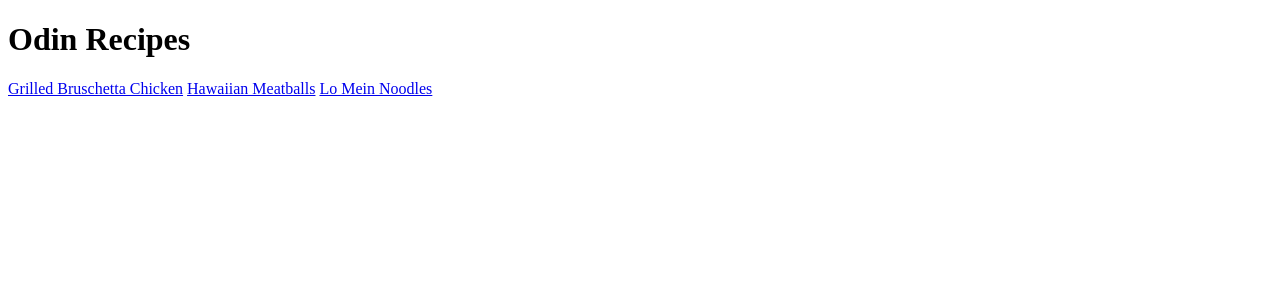
Repository: fnafelipe/odin-recipes
Page: index.html
These files come from the project's save history. The page is drawn as it stood at one moment and after the next save; the edit follows.
The browser window is 1280 px wide. The pictures show the whole page.

Above is the page before, as saved 2026-09-03 22:16:06.

### index.html
<!DOCTYPE html>
<html lang="en">
<head>
    <meta charset="UTF-8">
    <meta name="viewport" content="width=device-width, initial-scale=1.0">
    <title>Document</title>
</head>
<body>
    <h1>Odin Recipes</h1>
    <a href="./recipes/grilled-bruschetta-chicken.html">Grilled Bruschetta Chicken</a>
    <a href="./recipes/hawaiian-meatballs.html">Hawaiian Meatballs</a>
    <a href="./recipes/lo-mein-noodles.html">Lo Mein Noodles</a>
</body>
</html>

After the next save:
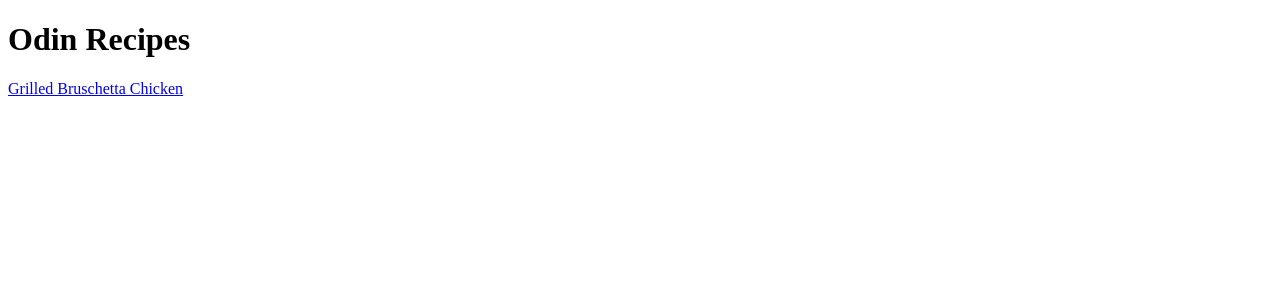
Saved 2 min 11 s later.
--- a/index.html
+++ b/index.html
@@ -8,7 +8,5 @@
 <body>
     <h1>Odin Recipes</h1>
     <a href="./recipes/grilled-bruschetta-chicken.html">Grilled Bruschetta Chicken</a>
-    <a href="./recipes/hawaiian-meatballs.html">Hawaiian Meatballs</a>
-    <a href="./recipes/lo-mein-noodles.html">Lo Mein Noodles</a>
 </body>
 </html>
